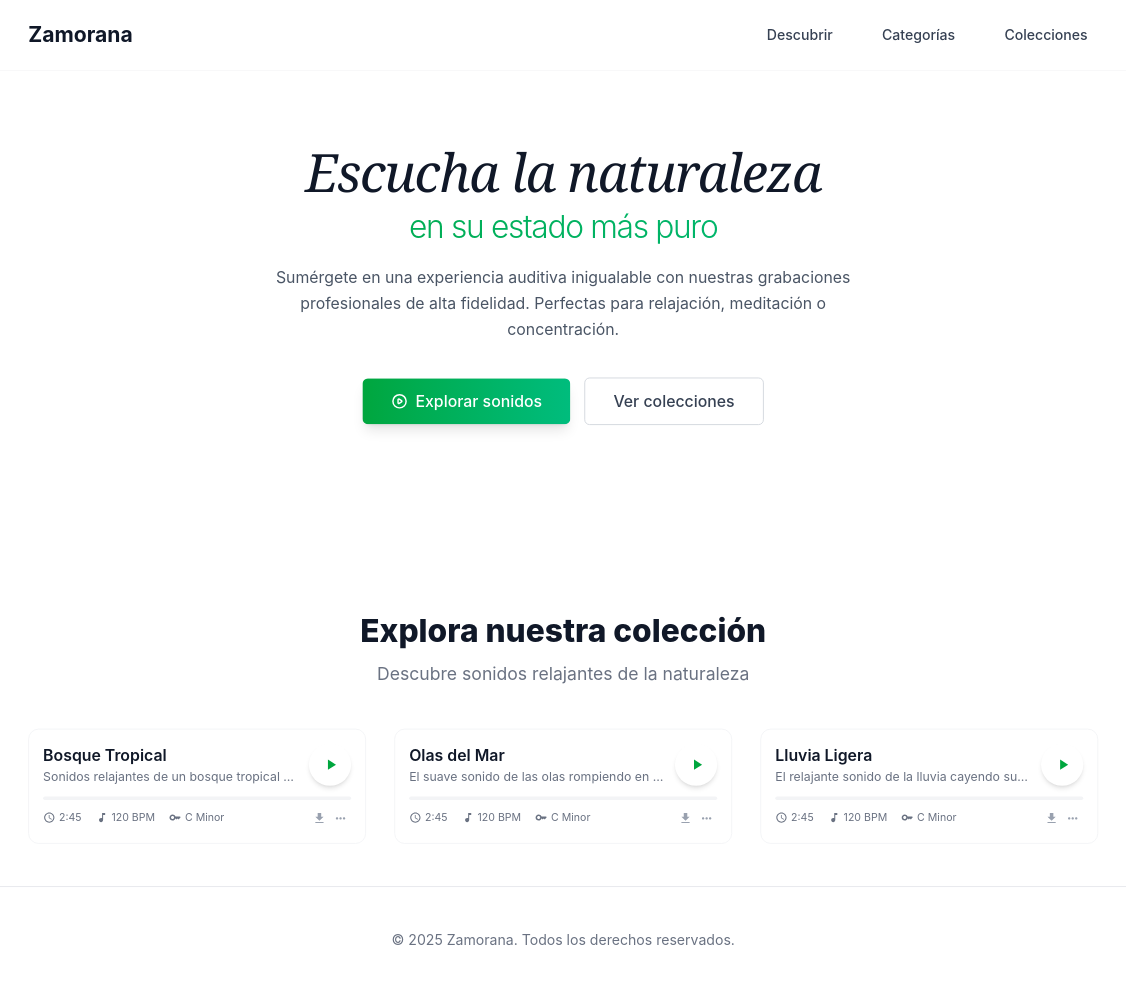
Repository: Alxre98/Zamorana
Page: /
The author's editor kept a copy of each file at every save. The page is drawn from the files as they stood at one save, then again after the next save.
The browser window is 1280 px wide. The pictures show the whole page, at 88% of full size.
The project was rebuilt for these pictures with package versions that can differ from the ones it lists, and the page was loaded fresh each time. The framework's server and built-in components were replaced by stand-ins that run in the browser. Also part of the build but not shown: next.config.ts, src/components/molecules/Navigation/index.tsx.

Above is the page before, as saved 2025-06-13 06:02:05.

### src/app/layout.tsx
import type { Metadata } from "next";
import { Geist, Geist_Mono } from "next/font/google";
import "./globals.css";
import { DefaultTemplate } from "@/components/templates/DefaultTemplate";

const geistSans = Geist({
  variable: "--font-geist-sans",
  subsets: ["latin"],
});

const geistMono = Geist_Mono({
  variable: "--font-geist-mono",
  subsets: ["latin"],
});

export const metadata: Metadata = {
  title: "Zamorana - Sonidos de la Naturaleza",
  description: "Explora y descubre los sonidos más relajantes de la naturaleza",
};

export default function RootLayout({
  children,
}: Readonly<{
  children: React.ReactNode;
}>) {
  return (
    <html lang="es">
      <body
        className={`${geistSans.variable} ${geistMono.variable} antialiased`}
      >
        <DefaultTemplate>{children}</DefaultTemplate>
      </body>
    </html>
  );
}

### src/app/page.tsx
"use client";

import { Hero } from "@/components/organisms/Hero";
import { SoundGrid } from "@/components/organisms/SoundGrid";

// Mock data - replace with actual data from your API or CMS
const featuredSounds = [
  {
    id: "1",
    title: "Bosque Tropical",
    description: "Sonidos relajantes de un bosque tropical al amanecer",
    audioSrc: "/sounds/forest.mp3",
    // imageSrc: "/images/forest.jpg", // Uncomment when you have the image
  },
  {
    id: "2",
    title: "Olas del Mar",
    description: "El suave sonido de las olas rompiendo en la orilla",
    audioSrc: "/sounds/ocean.mp3",
    // imageSrc: "/images/ocean.jpg", // Uncomment when you have the image
  },
  {
    id: "3",
    title: "Lluvia Ligera",
    description: "El relajante sonido de la lluvia cayendo suavemente",
    audioSrc: "/sounds/rain.mp3",
    // imageSrc: "/images/rain.jpg", // Uncomment when you have the image
  },
];

export default function Home() {
  return (
    <main>
      <Hero />
      <SoundGrid sounds={featuredSounds} />
    </main>
  );
}

### src/app/globals.css
@import "tailwindcss";

:root {
  --background: #ffffff;
  --foreground: #171717;
}

@theme inline {
  --color-background: var(--background);
  --color-foreground: var(--foreground);
  --font-sans: var(--font-geist-sans);
  --font-mono: var(--font-geist-mono);
}

/* Blob animation */
@keyframes blob {
  0% {
    transform: translate(0px, 0px) scale(1);
  }
  33% {
    transform: translate(30px, -50px) scale(1.1);
  }
  66% {
    transform: translate(-20px, 20px) scale(0.9);
  }
  100% {
    transform: translate(0px, 0px) scale(1);
  }
}

.animate-blob {
  animation: blob 7s infinite;
}

.animation-delay-2000 {
  animation-delay: 2s;
}

.animation-delay-4000 {
  animation-delay: 4s;
}

/* Smooth scroll behavior */
html {
  scroll-behavior: smooth;
}

/* Custom scrollbar */
::-webkit-scrollbar {
  width: 8px;
  height: 8px;
}

::-webkit-scrollbar-track {
  background: #f1f1f1;
  border-radius: 4px;
}

::-webkit-scrollbar-thumb {
  background: #888;
  border-radius: 4px;
}

::-webkit-scrollbar-thumb:hover {
  background: #555;
}

@media (prefers-color-scheme: dark) {
  :root {
    --background: #0a0a0a;
    --foreground: #ededed;
  }

  ::-webkit-scrollbar-track {
    background: #1a1a1a;
  }

  ::-webkit-scrollbar-thumb {
    background: #444;
  }

  ::-webkit-scrollbar-thumb:hover {
    background: #666;
  }
}

body {
  background: var(--background);
  color: var(--foreground);
  font-family: "Inter", system-ui, -apple-system, BlinkMacSystemFont, "Segoe UI",
    Roboto, "Helvetica Neue", Arial, sans-serif;
  -webkit-font-smoothing: antialiased;
  -moz-osx-font-smoothing: grayscale;
}

### src/components/templates/DefaultTemplate/index.tsx
"use client";

import React, { ReactNode } from "react";
import Head from "next/head";
import { Header } from "../../organisms/Header";

interface DefaultTemplateProps {
  children: ReactNode;
  title?: string;
  description?: string;
}

export const DefaultTemplate: React.FC<DefaultTemplateProps> = ({
  children,
  title = "Zamorana - Sonidos de la Naturaleza",
  description = "Explora y descubre los sonidos más relajantes de la naturaleza",
}) => {
  return (
    <div className="min-h-screen flex flex-col">
      <Header />

      <main className="flex-grow">{children}</main>

      <footer className="bg-white border-t border-gray-200">
        <div className="max-w-7xl mx-auto py-12 px-4 overflow-hidden sm:px-6 lg:px-8">
          <p className="text-center text-base text-gray-500">
            &copy; {new Date().getFullYear()} Zamorana. Todos los derechos
            reservados.
          </p>
        </div>
      </footer>
    </div>
  );
};

### src/components/organisms/Hero/index.tsx
"use client";

import React from "react";
import { Button } from "../../atoms/Button";

export const Hero: React.FC = () => {
  return (
    <div className="relative min-h-[90vh] flex items-center justify-center bg-white">
      <div className="relative max-w-5xl px-6 mx-auto text-center w-full">
        <h1 className="mb-6 text-4xl font-light tracking-tight text-gray-900 sm:text-5xl md:text-6xl">
          <span className="block font-serif italic text-gray-900">
            Escucha la naturaleza
          </span>
          <span className="mt-3 text-3xl font-light text-transparent bg-clip-text bg-gradient-to-r from-green-600 to-emerald-500 sm:text-4xl block">
            en su estado más puro
          </span>
        </h1>

        <p className="max-w-2xl mx-auto mb-10 text-lg leading-relaxed text-gray-600">
          Sumérgete en una experiencia auditiva inigualable con nuestras
          grabaciones profesionales de alta fidelidad. Perfectas para
          relajación, meditación o concentración.
        </p>

        <div className="flex flex-col items-center justify-center space-y-4 sm:flex-row sm:space-y-0 sm:space-x-4">
          <Button
            variant="primary"
            size="lg"
            className="group relative px-8 py-3 overflow-hidden font-medium text-white bg-gradient-to-r from-green-600 to-emerald-500 hover:from-green-700 hover:to-emerald-600 transition-all duration-300 ease-out rounded-full shadow-lg hover:shadow-green-200"
          >
            <span className="absolute right-0 w-8 h-32 -mt-12 transition-all duration-1000 transform translate-x-12 bg-white opacity-10 rotate-12 group-hover:-translate-x-40 ease"></span>
            <span className="relative flex items-center">
              <svg
                className="w-5 h-5 mr-2"
                fill="none"
                stroke="currentColor"
                viewBox="0 0 24 24"
                xmlns="http://www.w3.org/2000/svg"
              >
                <path
                  strokeLinecap="round"
                  strokeLinejoin="round"
                  strokeWidth="2"
                  d="M14.752 11.168l-3.197-2.132A1 1 0 0010 9.87v4.263a1 1 0 001.555.832l3.197-2.132a1 1 0 000-1.664z"
                ></path>
                <path
                  strokeLinecap="round"
                  strokeLinejoin="round"
                  strokeWidth="2"
                  d="M21 12a9 9 0 11-18 0 9 9 0 0118 0z"
                ></path>
              </svg>
              Explorar sonidos
            </span>
          </Button>

          <Button
            variant="outline"
            size="lg"
            className="px-8 py-3 font-medium transition-all duration-300 border border-gray-300 rounded-full hover:bg-gray-50 hover:border-green-600 hover:text-green-700 focus:outline-none focus:ring-2 focus:ring-offset-2 focus:ring-green-500"
          >
            Ver colecciones
          </Button>
        </div>
      </div>
    </div>
  );
};

// Add these styles to your global CSS
/*
@keyframes blob {
  0% {
    transform: translate(0px, 0px) scale(1);
  }
  33% {
    transform: translate(30px, -50px) scale(1.1);
  }
  66% {
    transform: translate(-20px, 20px) scale(0.9);
  }
  100% {
    transform: translate(0px, 0px) scale(1);
  }
}
.animate-blob {
  animation: blob 7s infinite;
}
.animation-delay-2000 {
  animation-delay: 2s;
}
.animation-delay-4000 {
  animation-delay: 4s;
}
*/

### src/components/organisms/SoundGrid/index.tsx
"use client";

import React from "react";
import { AudioCard } from "../../molecules";

interface SoundItem {
  id: string;
  title: string;
  description: string;
  audioSrc: string;
  imageSrc?: string;
}

interface SoundGridProps {
  sounds: SoundItem[];
  title?: string;
  description?: string;
}

export const SoundGrid: React.FC<SoundGridProps> = ({
  sounds,
  title = "Explora nuestra colección",
  description = "Descubre sonidos relajantes de la naturaleza",
}) => {
  if (!sounds || sounds.length === 0) {
    return (
      <div className="text-center py-12">
        <p className="text-gray-500">
          No hay sonidos disponibles en este momento.
        </p>
      </div>
    );
  }

  return (
    <div className="bg-white py-12">
      <div className="max-w-7xl mx-auto px-4 sm:px-6 lg:px-8">
        <div className="text-center">
          <h2 className="text-3xl font-extrabold text-gray-900 sm:text-4xl">
            {title}
          </h2>
          <p className="mt-3 max-w-2xl mx-auto text-xl text-gray-500 sm:mt-4">
            {description}
          </p>
        </div>

        <div className="mt-12 grid gap-8 md:grid-cols-2 lg:grid-cols-3">
          {sounds.map((sound) => (
            <AudioCard
              key={sound.id}
              title={sound.title}
              description={sound.description}
              audioSrc={sound.audioSrc}
              imageSrc={sound.imageSrc}
              className="h-full"
            />
          ))}
        </div>
      </div>
    </div>
  );
};

### src/components/organisms/Header/index.tsx
"use client";

import React, { useState } from "react";
import Link from "next/link";
import { usePathname } from "next/navigation";
import Icon from "../../atoms/Icon";

export const Header: React.FC = () => {
  const pathname = usePathname();
  const [isMenuOpen, setIsMenuOpen] = useState(false);

  const navItems = [
    { name: "Descubrir", href: "/discover" },
    { name: "Categorías", href: "/categories" },
    { name: "Colecciones", href: "/collections" },
  ];

  return (
    <header className="fixed w-full z-50 bg-white border-b border-gray-100">
      <div className="max-w-7xl mx-auto px-4 sm:px-6 lg:px-8">
        <div className="flex justify-between items-center h-20">
          {/* Logo */}
          <Link href="/" className="flex items-center">
            <span className="text-2xl font-bold text-gray-900">Zamorana</span>
          </Link>

          {/* Desktop Navigation */}
          <nav className="hidden md:flex items-center space-x-8">
            {navItems.map((item) => (
              <Link
                key={item.name}
                href={item.href}
                className={`relative text-base font-medium transition-colors px-3 py-2 ${
                  pathname === item.href
                    ? "text-green-600"
                    : "text-gray-700 hover:text-green-600"
                }`}
              >
                {item.name}
              </Link>
            ))}
          </nav>

          {/* Mobile menu button */}
          <div className="md:hidden flex items-center">
            <button
              onClick={() => setIsMenuOpen(!isMenuOpen)}
              className="p-2 -mr-2 text-gray-700 hover:text-green-600 transition-colors rounded-md"
              aria-label={isMenuOpen ? "Cerrar menú" : "Abrir menú"}
              aria-expanded={isMenuOpen ? "true" : "false"}
              aria-controls="mobile-menu"
              type="button"
            >
              <span className="sr-only">
                {isMenuOpen ? "Cerrar menú" : "Abrir menú"}
              </span>
              {isMenuOpen ? (
                <Icon name="Close" className="h-6 w-6" aria-hidden="true" />
              ) : (
                <Icon name="Menu" className="h-6 w-6" aria-hidden="true" />
              )}
            </button>
          </div>
        </div>

        {/* Mobile menu */}
        {isMenuOpen && (
          <div
            id="mobile-menu"
            className="md:hidden bg-white border-t border-gray-100"
          >
            <div className="px-4 py-2 space-y-1">
              {navItems.map((item) => (
                <Link
                  key={item.name}
                  href={item.href}
                  className={`block px-4 py-3 text-base font-medium ${
                    pathname === item.href
                      ? "text-green-600"
                      : "text-gray-700 hover:text-green-600"
                  }`}
                  onClick={() => setIsMenuOpen(false)}
                >
                  {item.name}
                </Link>
              ))}
            </div>
          </div>
        )}
      </div>
    </header>
  );
};

### src/components/atoms/Button/index.tsx
import React from "react";

interface ButtonProps extends React.ButtonHTMLAttributes<HTMLButtonElement> {
  variant?: "primary" | "secondary" | "outline";
  size?: "sm" | "md" | "lg";
  children: React.ReactNode;
}

export const Button: React.FC<ButtonProps> = ({
  variant = "primary",
  size = "md",
  children,
  className = "",
  ...props
}) => {
  const baseStyles = "rounded-md font-medium transition-colors duration-200";
  const variantStyles = {
    primary: "bg-green-600 text-white hover:bg-green-700",
    secondary: "bg-gray-200 text-gray-900 hover:bg-gray-300",
    outline: "border border-gray-300 text-gray-700 hover:bg-gray-50",
  };
  const sizeStyles = {
    sm: "px-3 py-1.5 text-sm",
    md: "px-4 py-2 text-base",
    lg: "px-6 py-3 text-lg",
  };

  return (
    <button
      className={`${baseStyles} ${variantStyles[variant]} ${sizeStyles[size]} ${className}`}
      {...props}
    >
      {children}
    </button>
  );
};

### src/components/molecules/index.ts
// Molecule components
export * from './AudioCard';
export * from './Navigation';

### src/components/atoms/Icon/index.tsx
import React from "react";

type IconName =
  | "home"
  | "play"
  | "pause"
  | "volume"
  | "Play"
  | "Pause"
  | "Clock"
  | "MusicNote"
  | "Key"
  | "Heart"
  | "Download"
  | "DotsHorizontal"
  | "Menu"
  | "Close"
  | "ChevronDown"
  | "ChevronUp"
  | "User"
  | "Search";

export interface IconProps extends Omit<React.SVGProps<SVGSVGElement>, "name"> {
  name: IconName;
  size?: number;
}

const Icon: React.FC<IconProps> = ({
  name,
  size = 24,
  className = "",
  ...props
}) => {
  // Map of icon names to their respective SVG paths
  const iconMap: Record<string, React.ReactNode> = {
    // Navigation
    home: <path d="M12 2L1 12h3v9h6v-6h4v6h6v-9h3L12 2z" />,

    // Playback
    play: <path d="M8 5v14l11-7z" />,
    pause: <path d="M6 19h4V5H6v14zm8-14v14h4V5h-4z" />,
    volume: (
      <path d="M3 9v6h4l5 5V4L7 9H3zm13.5 3c0-1.77-1.02-3.29-2.5-4.03v8.05c1.48-.73 2.5-2.25 2.5-4.02zM14 3.23v2.06c2.89.86 5 3.54 5 6.71s-2.11 5.85-5 6.71v2.06c4.01-.91 7-4.49 7-8.77s-2.99-7.86-7-8.77z" />
    ),

    // Audio controls
    Play: <path d="M8 5v14l11-7z" />,
    Pause: <path d="M6 19h4V5H6v14zm8-14v14h4V5h-4z" />,

    // Audio info
    Clock: (
      <path d="M11.99 2C6.47 2 2 6.48 2 12s4.47 10 9.99 10C17.52 22 22 17.52 22 12S17.52 2 11.99 2zM12 20c-4.42 0-8-3.58-8-8s3.58-8 8-8 8 3.58 8 8-3.58 8-8 8zm.5-13H11v6l5.25 3.15.75-1.23-4.5-2.67z" />
    ),
    MusicNote: (
      <path d="M12 3v10.55c-.59-.34-1.27-.55-2-.55-2.21 0-4 1.79-4 4s1.79 4 4 4 4-1.79 4-4V7h4V3h-6z" />
    ),
    Key: (
      <path d="M21 10h-8.35C11.83 7.67 9.61 6 7 6c-3.31 0-6 2.69-6 6s2.69 6 6 6c2.61 0 4.83-1.67 5.65-4H13l2 2 2-2 2 2 4-4.99L21 10zM7 15c-1.65 0-3-1.35-3-3s1.35-3 3-3 3 1.35 3 3-1.35 3-3 3z" />
    ),

    // Actions
    Heart: (
      <path d="M12 21.35l-1.45-1.32C5.4 15.36 2 12.28 2 8.5 2 5.42 4.42 3 7.5 3c1.74 0 3.41.81 4.5 2.09C13.09 3.81 14.76 3 16.5 3 19.58 3 22 5.42 22 8.5c0 3.78-3.4 6.86-8.55 11.54L12 21.35z" />
    ),
    Download: <path d="M19 9h-4V3H9v6H5l7 7 7-7zM5 18v2h14v-2H5z" />,
    DotsHorizontal: (
      <path d="M6 10c-1.1 0-2 .9-2 2s.9 2 2 2 2-.9 2-2-.9-2-2-2zm12 0c-1.1 0-2 .9-2 2s.9 2 2 2 2-.9 2-2-.9-2-2-2zm-6 0c-1.1 0-2 .9-2 2s.9 2 2 2 2-.9 2-2-.9-2-2-2z" />
    ),

    // UI
    Menu: <path d="M3 18h18v-2H3v2zm0-5h18v-2H3v2zm0-7v2h18V6H3z" />,
    Close: (
      <path d="M19 6.41L17.59 5 12 10.59 6.41 5 5 6.41 10.59 12 5 17.59 6.41 19 12 13.41 17.59 19 19 17.59 13.41 12 19 6.41z" />
    ),
    ChevronDown: (
      <path d="M7.41 8.59L12 13.17l4.59-4.58L18 10l-6 6-6-6 1.41-1.41z" />
    ),
    ChevronUp: (
      <path d="M7.41 15.41L12 10.83l4.59 4.58L18 14l-6-6-6 6 1.41 1.41z" />
    ),

    // Social
    User: (
      <path d="M12 12c2.21 0 4-1.79 4-4s-1.79-4-4-4-4 1.79-4 4 1.79 4 4 4zm0 2c-2.67 0-8 1.34-8 4v2h16v-2c0-2.66-5.33-4-8-4z" />
    ),
    Search: (
      <path d="M15.5 14h-.79l-.28-.27C15.41 12.59 16 11.11 16 9.5 16 5.91 13.09 3 9.5 3S3 5.91 3 9.5 5.91 16 9.5 16c1.61 0 3.09-.59 4.23-1.57l.27.28v.79l5 4.99L20.49 19l-4.99-5zm-6 0C7.01 14 5 11.99 5 9.5S7.01 5 9.5 5 14 7.01 14 9.5 11.99 14 9.5 14z" />
    ),
  };

  // Get the icon path from the map or use a default icon
  const iconPath = iconMap[name] || iconMap.home;

  return (
    <svg
      width={size}
      height={size}
      viewBox="0 0 24 24"
      fill="currentColor"
      className={`inline-block ${className}`}
      {...props}
    >
      {iconPath}
    </svg>
  );
};

export default Icon;

### src/components/molecules/AudioCard/AudioCard.module.css
.progressBar {
  width: 100%;
  height: 100%;
  transition: width 0.3s ease-out;
}

/* Progress bar filled part */
.progressBarFilled {
  height: 100%;
  width: 0%;
  background: linear-gradient(to right, #10b981, #059669);
  transition: width 0.3s ease-out;
}

/* Progress bar container */
.progressBarContainer {
  position: relative;
  height: 0.25rem;
  background-color: #f3f4f6; /* bg-gray-100 */
  border-radius: 9999px; /* rounded-full */
  overflow: hidden;
  margin-bottom: 0.5rem; /* mb-2 */
}

/* Generate width classes from 0% to 100% */
.progressWidth0 {
  width: 0%;
}
.progressWidth1 {
  width: 1%;
}
.progressWidth2 {
  width: 2%;
}
.progressWidth3 {
  width: 3%;
}
.progressWidth4 {
  width: 4%;
}
.progressWidth5 {
  width: 5%;
}
.progressWidth6 {
  width: 6%;
}
.progressWidth7 {
  width: 7%;
}
.progressWidth8 {
  width: 8%;
}
.progressWidth9 {
  width: 9%;
}
.progressWidth10 {
  width: 10%;
}
.progressWidth11 {
  width: 11%;
}
.progressWidth12 {
  width: 12%;
}
.progressWidth13 {
  width: 13%;
}
.progressWidth14 {
  width: 14%;
}
.progressWidth15 {
  width: 15%;
}
.progressWidth16 {
  width: 16%;
}
.progressWidth17 {
  width: 17%;
}
.progressWidth18 {
  width: 18%;
}
.progressWidth19 {
  width: 19%;
}
.progressWidth20 {
  width: 20%;
}
.progressWidth21 {
  width: 21%;
}
.progressWidth22 {
  width: 22%;
}
.progressWidth23 {
  width: 23%;
}
.progressWidth24 {
  width: 24%;
}
.progressWidth25 {
  width: 25%;
}
.progressWidth26 {
  width: 26%;
}
.progressWidth27 {
  width: 27%;
}
.progressWidth28 {
  width: 28%;
}
.progressWidth29 {
  width: 29%;
}
.progressWidth30 {
  width: 30%;
}
.progressWidth31 {
  width: 31%;
}
.progressWidth32 {
  width: 32%;
}
.progressWidth33 {
  width: 33%;
}
.progressWidth34 {
  width: 34%;
}
.progressWidth35 {
  width: 35%;
}
.progressWidth36 {
  width: 36%;
}
.progressWidth37 {
  width: 37%;
}
.progressWidth38 {
  width: 38%;
}
.progressWidth39 {
  width: 39%;
}
.progressWidth40 {
  width: 40%;
}
.progressWidth41 {
  width: 41%;
}
.progressWidth42 {
  width: 42%;
}
.progressWidth43 {
  width: 43%;
}
.progressWidth44 {
  width: 44%;
}
.progressWidth45 {
  width: 45%;
}
.progressWidth46 {
  width: 46%;
}
.progressWidth47 {
  width: 47%;
}
.progressWidth48 {
  width: 48%;
}
.progressWidth49 {
  width: 49%;
}
.progressWidth50 {
  width: 50%;
}
.progressWidth51 {
  width: 51%;
}
.progressWidth52 {
  width: 52%;
}
.progressWidth53 {
  width: 53%;
}
.progressWidth54 {
  width: 54%;
}
.progressWidth55 {
  width: 55%;
}
.progressWidth56 {
  width: 56%;
}
.progressWidth57 {
  width: 57%;
}
.progressWidth58 {
  width: 58%;
}
.progressWidth59 {
  width: 59%;
}
.progressWidth60 {
  width: 60%;
}
.progressWidth61 {
  width: 61%;
}
.progressWidth62 {
  width: 62%;
}
.progressWidth63 {
  width: 63%;
}
.progressWidth64 {
  width: 64%;
}
.progressWidth65 {
  width: 65%;
}
.progressWidth66 {
  width: 66%;
}
.progressWidth67 {
  width: 67%;
}
.progressWidth68 {
  width: 68%;
}
.progressWidth69 {
  width: 69%;
}
.progressWidth70 {
  width: 70%;
}
.progressWidth71 {
  width: 71%;
}
.progressWidth72 {
  width: 72%;
}
.progressWidth73 {
  width: 73%;
}
.progressWidth74 {
  width: 74%;
}
.progressWidth75 {
  width: 75%;
}
.progressWidth76 {
  width: 76%;
}
.progressWidth77 {
  width: 77%;
}
.progressWidth78 {
  width: 78%;
}
.progressWidth79 {
  width: 79%;
}
.progressWidth80 {
  width: 80%;
}
.progressWidth81 {
  width: 81%;
}
.progressWidth82 {
  width: 82%;
}
.progressWidth83 {
  width: 83%;
}
.progressWidth84 {
  width: 84%;
}
.progressWidth85 {
  width: 85%;
}
.progressWidth86 {
  width: 86%;
}
.progressWidth87 {
  width: 87%;
}
.progressWidth88 {
  width: 88%;
}
.progressWidth89 {
  width: 89%;
}
.progressWidth90 {
  width: 90%;
}
.progressWidth91 {
  width: 91%;
}
.progressWidth92 {
  width: 92%;
}
.progressWidth93 {
  width: 93%;
}
.progressWidth94 {
  width: 94%;
}
.progressWidth95 {
  width: 95%;
}
.progressWidth96 {
  width: 96%;
}
.progressWidth97 {
  width: 97%;
}
.progressWidth98 {
  width: 98%;
}
.progressWidth99 {
  width: 99%;
}
.progressWidth100 {
  width: 100%;
}

Loaded but not shown: src/components/molecules/AudioCard/index.tsx (216 lines, source omitted)

After the next save:
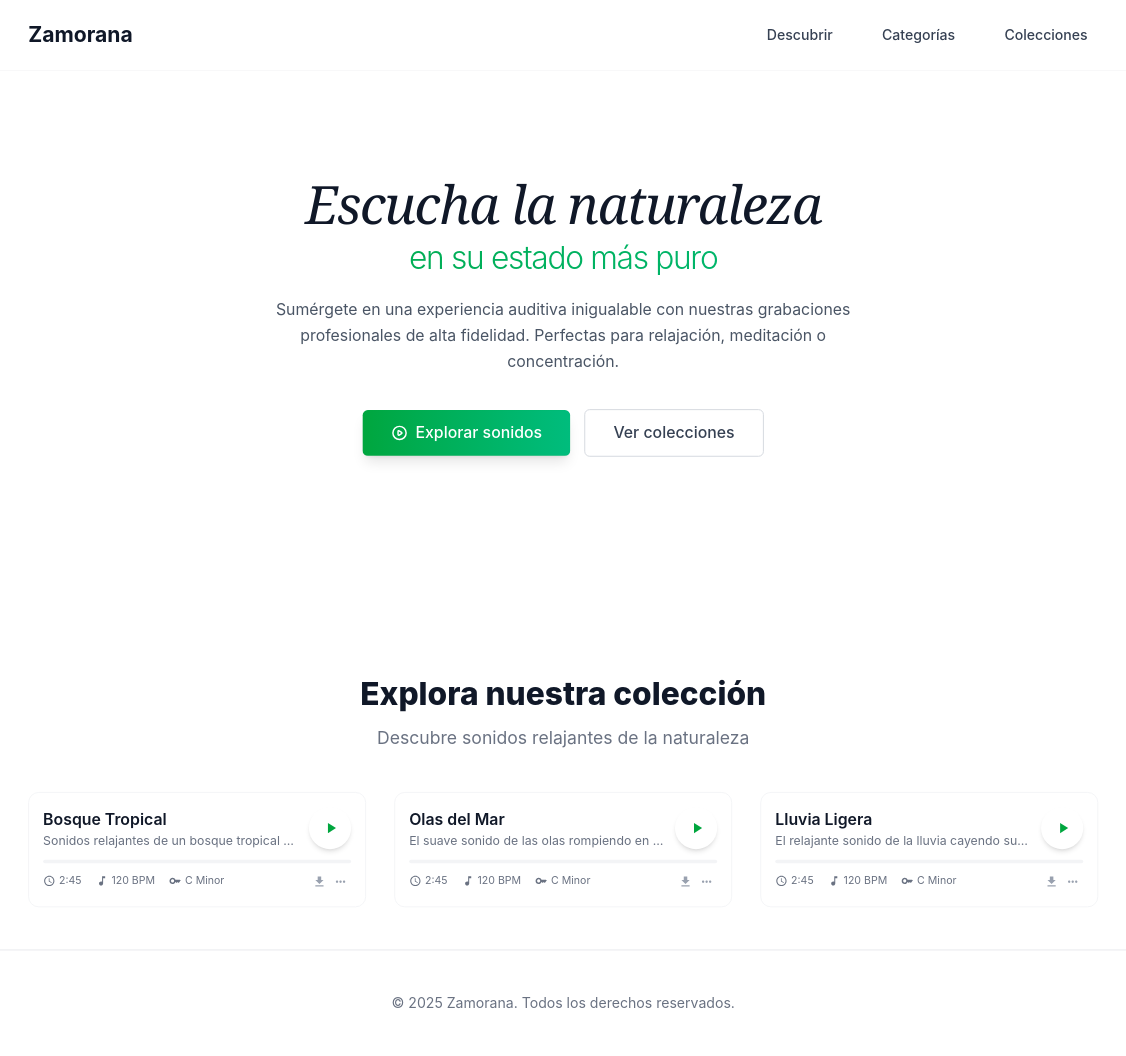
Saved 45 s later.
--- a/src/components/organisms/Hero/index.tsx
+++ b/src/components/organisms/Hero/index.tsx
@@ -5,8 +5,8 @@
 
 export const Hero: React.FC = () => {
   return (
-    <div className="relative min-h-[90vh] flex items-center justify-center bg-white">
-      <div className="relative max-w-5xl px-6 mx-auto text-center w-full">
+    <div className="relative min-h-screen flex flex-col items-center justify-center bg-white py-12">
+      <div className="w-full max-w-5xl px-6 mx-auto text-center">
         <h1 className="mb-6 text-4xl font-light tracking-tight text-gray-900 sm:text-5xl md:text-6xl">
           <span className="block font-serif italic text-gray-900">
             Escucha la naturaleza
